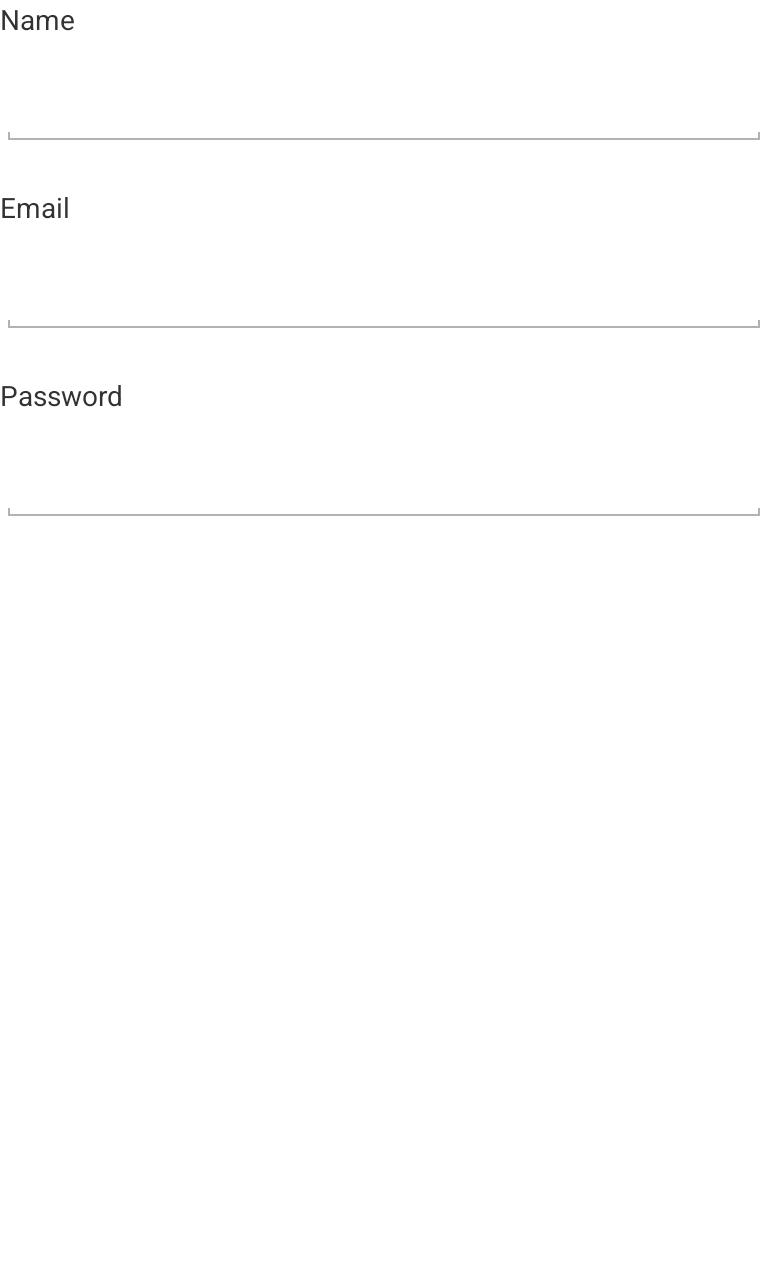
Repository: Harshil737/Career-Launcher
Layout: CareerLauncher/res/layout/item_profile_update.xml
The author's editor kept a copy of each file at every save. The layout is drawn from the files as they stood at one save, then again after the next save.
It is drawn on a 768 x 1280 px phone screen (xhdpi) without system bars, with theme AppTheme; the app's code is not run.

Above is the layout before, as saved 2017-11-05 13:14:13.

After the next save:
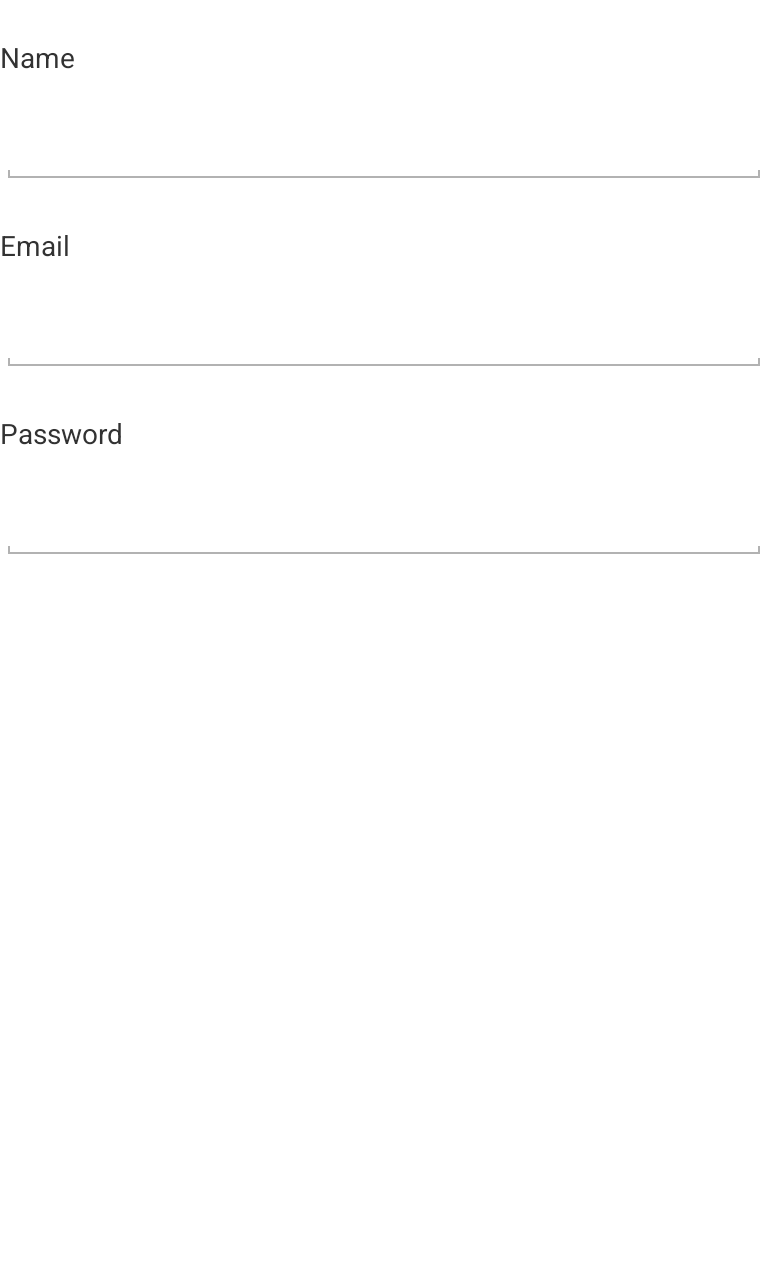
Saved 24 s later.
--- a/CareerLauncher/res/layout/item_profile_update.xml
+++ b/CareerLauncher/res/layout/item_profile_update.xml
@@ -3,6 +3,10 @@
     android:layout_width="match_parent"
     android:layout_height="match_parent"
     android:orientation="vertical" >
+
+    <TextView
+        android:layout_width="match_parent"
+        android:layout_height="wrap_content" />
 
     <TextView
         android:id="@+id/item_profile_tv_name"
